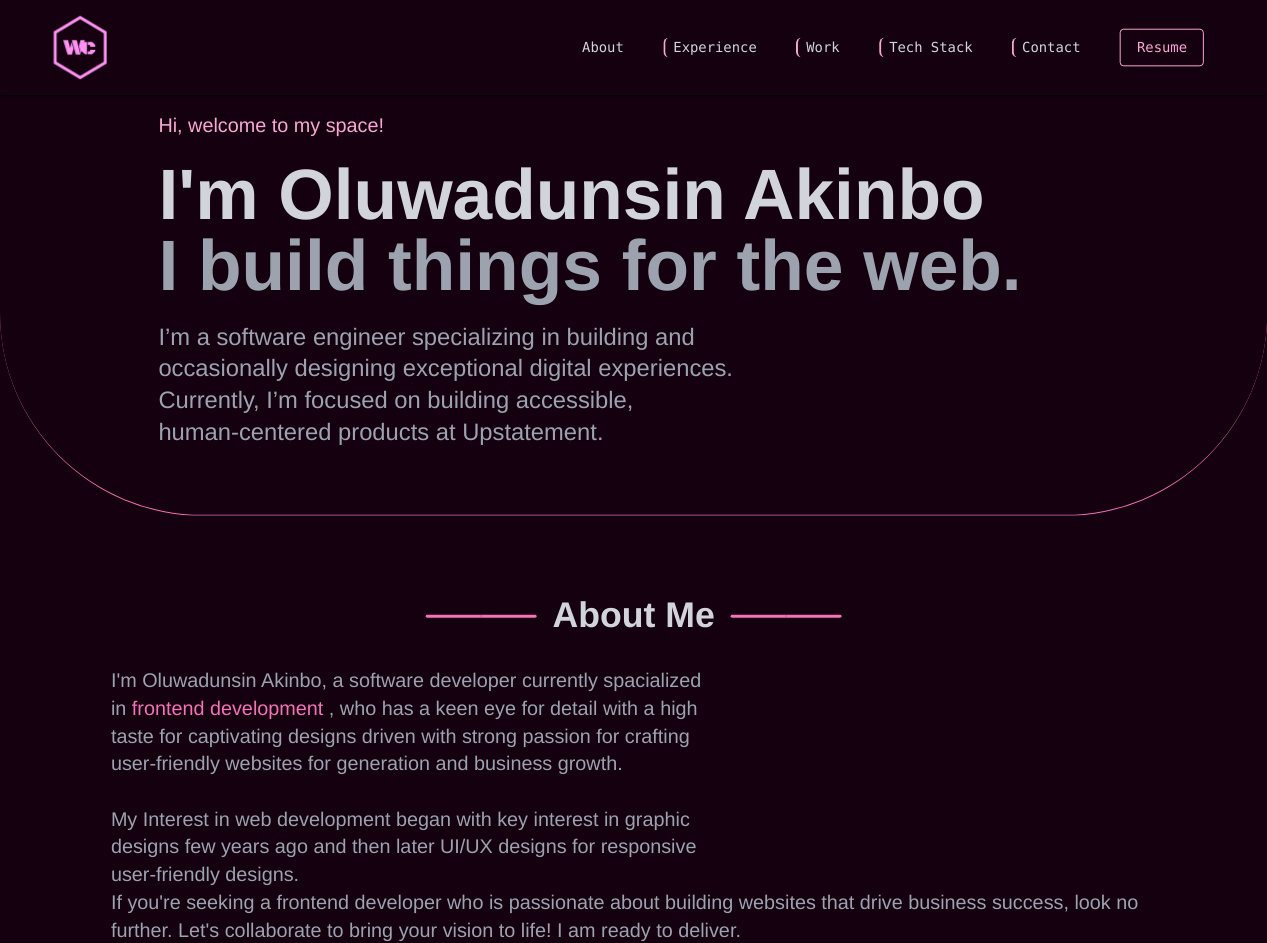
Repository: EmmyDunny1/myPortfolio
Page: / (app in MyPortfolio/)
An editor plug-in stored every save of this project. The page is shown before and after the next save, followed by the edit.
The browser window is 1280 px wide. The pictures show the whole page, at 99% of full size.
The project was rebuilt for these pictures with package versions that can differ from the ones it lists, and the page was loaded fresh each time. Also part of the build but not shown: MyPortfolio/vite.config.js.

Above is the page before, as saved 2025-01-14 14:36:52.

After the next save:
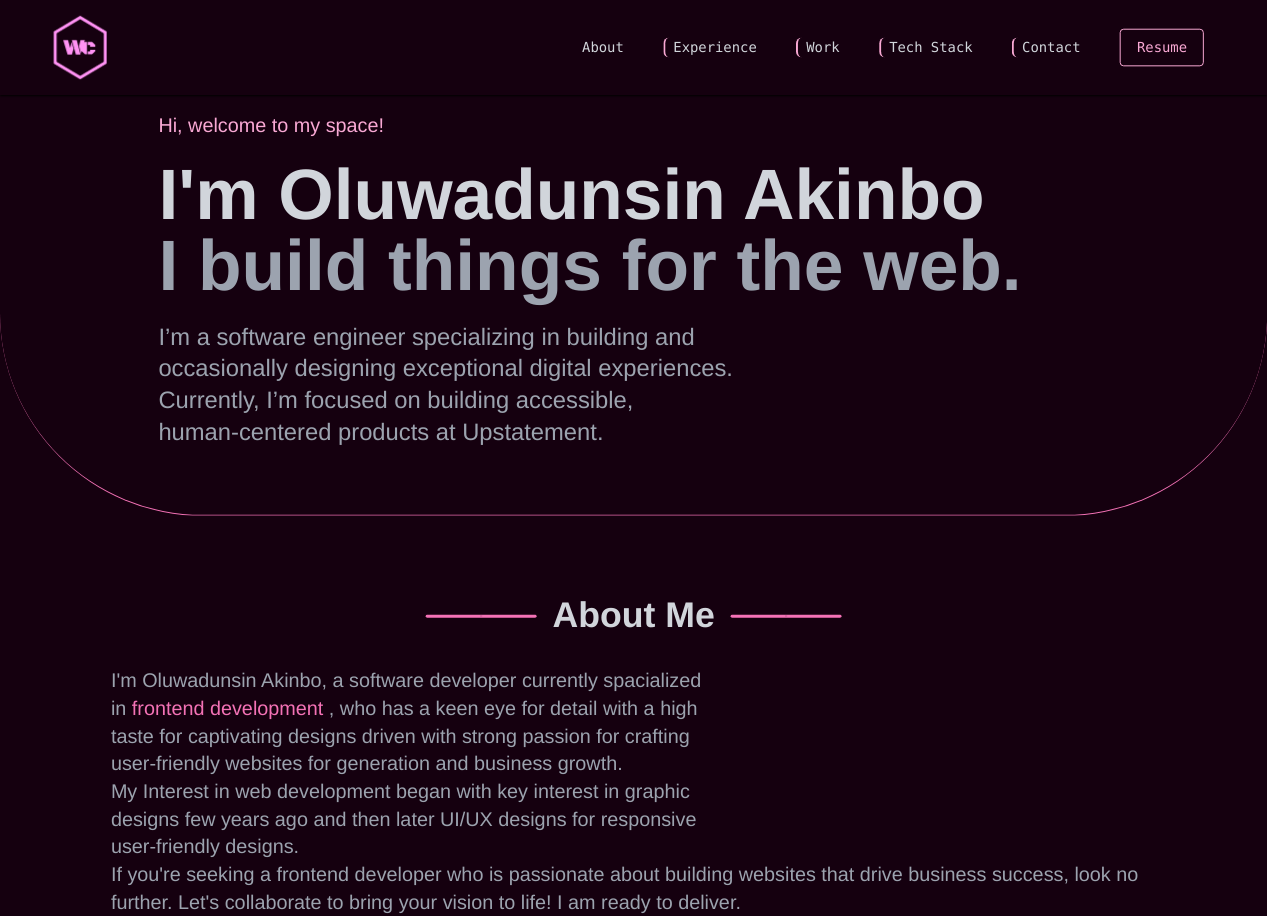
Saved 11 s later.
--- a/MyPortfolio/src/components/AboutMe.jsx
+++ b/MyPortfolio/src/components/AboutMe.jsx
@@ -15,7 +15,7 @@ const AboutMe = () => {
             <p className='text-gray-400 text-xl'>I'm Oluwadunsin Akinbo, a software developer currently spacialized <br />in <span className='text-pink-400'>frontend development </span>
             , who has a keen eye for detail with a high <br />taste for captivating designs driven with strong passion for crafting <br />user-friendly websites for generation and business growth.
             <br />
-<br className='pb-0' />
+
                <span className='pt-8'>My Interest in web development began with key interest in graphic <br />designs few years ago and then later UI/UX designs for responsive <br />user-friendly designs.  </span>
 
 
